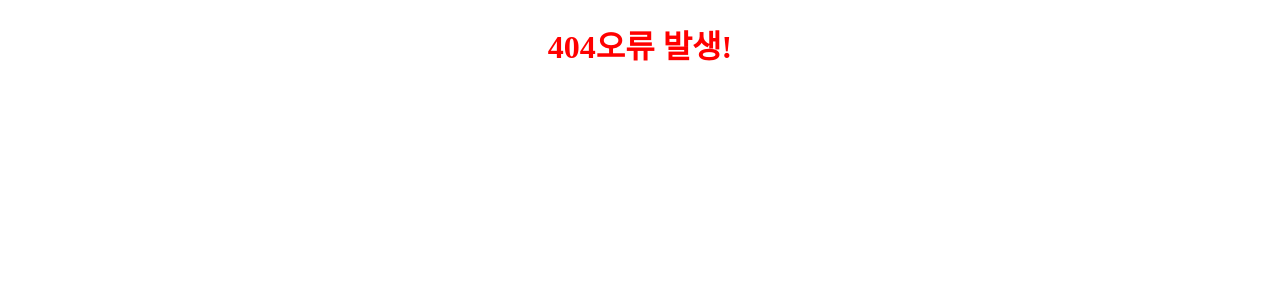
Repository: smjae96/Backup
Page: http://localhost/2_JSP/views/error404.jsp
An editor plug-in stored every save of this project. The page is shown before and after the next save, followed by the edit.
The browser window is 1280 px wide. The pictures show the whole page.
The page is served by Tomcat 9.

Above is the page before, as saved 2024-03-07 03:47:50.

### 5_Servlet/2_JSP/src/main/webapp/views/error404.jsp
<%@ page language="java" contentType="text/html; charset=UTF-8"
    pageEncoding="UTF-8"%>
<!DOCTYPE html>
<html>
<head>
<meta charset="UTF-8">
<title>Error Page</title>
</head>
<body>
	<h1 align="center" style="color:red">404오류 발생!</h1>
</body>
</html>

After the next save:
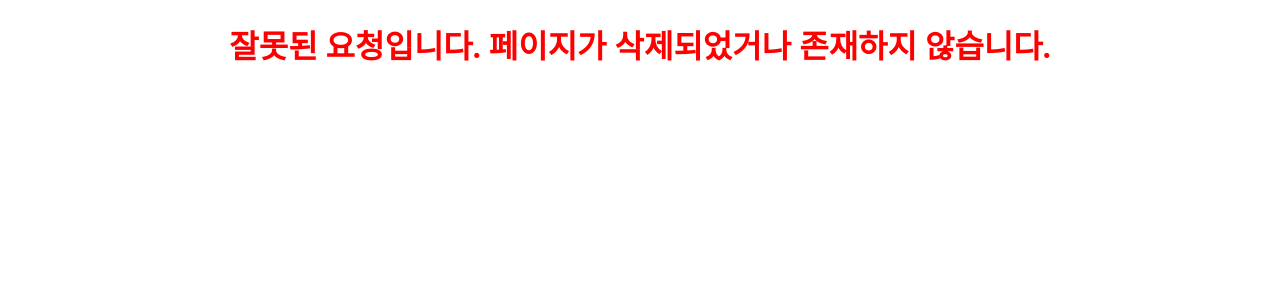
Saved 20 h 49 min later.
--- a/5_Servlet/2_JSP/src/main/webapp/views/error404.jsp
+++ b/5_Servlet/2_JSP/src/main/webapp/views/error404.jsp
@@ -7,6 +7,6 @@
 <title>Error Page</title>
 </head>
 <body>
-	<h1 align="center" style="color:red">404오류 발생!</h1>
+	<h1 align="center" style="color:red">잘못된 요청입니다. 페이지가 삭제되었거나 존재하지 않습니다.</h1>
 </body>
 </html>
